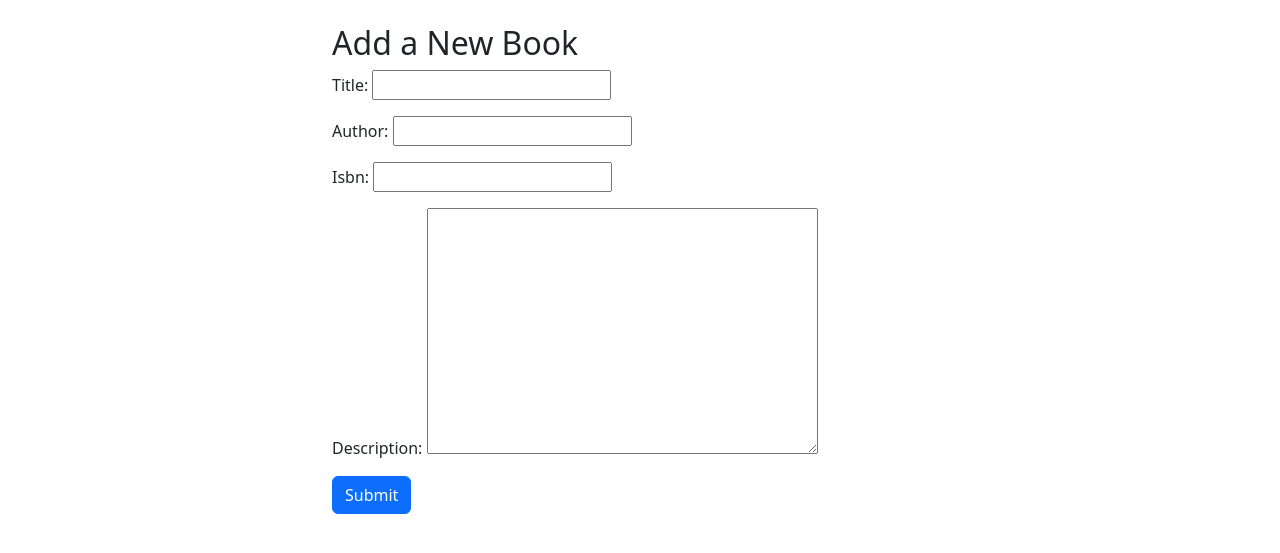
Repository: Mbote-Joseph/Django-Recap
Page: http://localhost/books/bookform
The author's editor kept a copy of each file at every save. The page is drawn from the files as they stood at one save, then again after the next save.
The browser window is 1280 px wide. The pictures show the whole page.
Some web libraries are served in a nearby version. The page is served by the project's application, run on Django 5.2 (manage.py).

Above is the page before, as saved 2025-12-13 23:04:05.

After the next save:
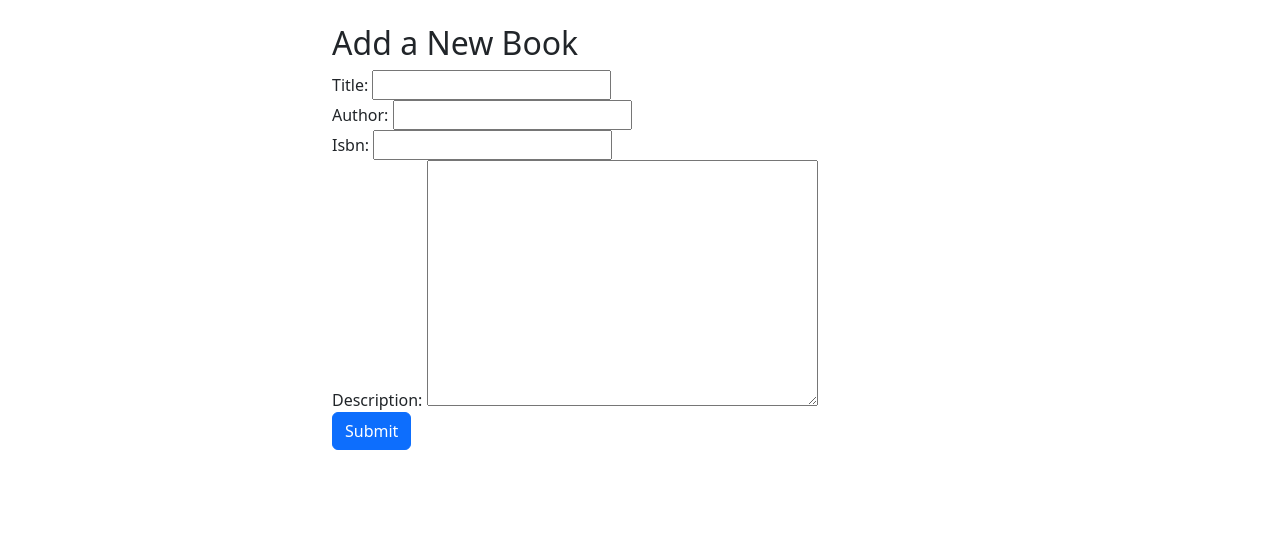
Saved 39 s later.
--- a/smartnotes/books/templates/books/form.html
+++ b/smartnotes/books/templates/books/form.html
@@ -5,7 +5,7 @@
         <h2>Add a New Book</h2>
         <form action="{% url 'book.create' %}"  method="post" >
             {% csrf_token %}
-            {{ form.as_p }}
+            {{ form  }}
             <button type="submit" class="btn btn-primary">Submit</button>
         </form>
     </div>

After the save that followed:
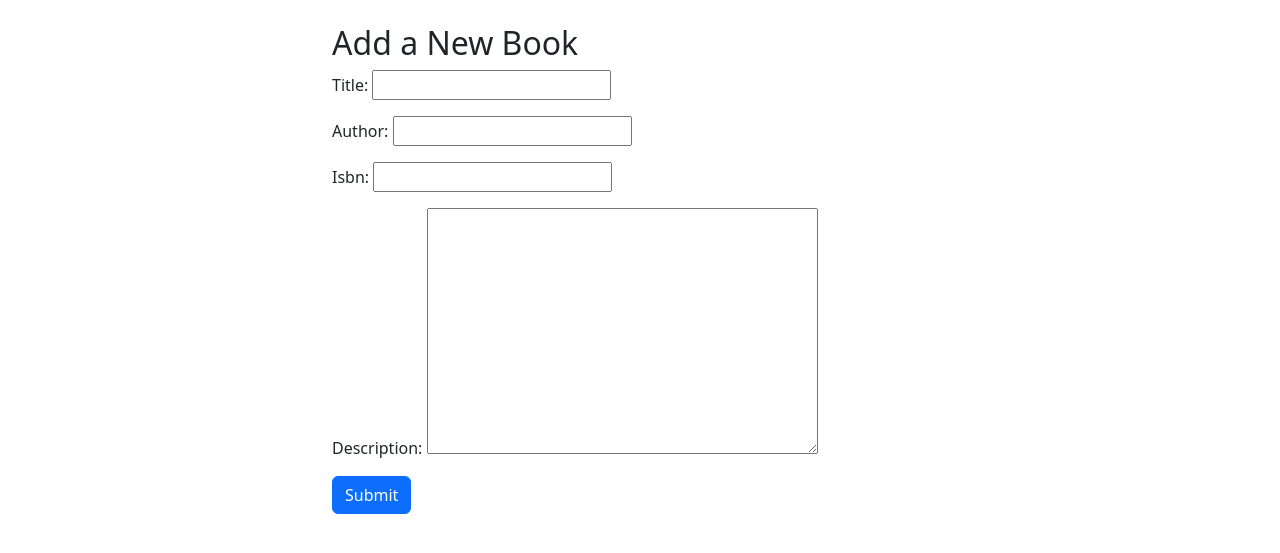
Saved 38 s later.
--- a/smartnotes/books/templates/books/form.html
+++ b/smartnotes/books/templates/books/form.html
@@ -5,7 +5,7 @@
         <h2>Add a New Book</h2>
         <form action="{% url 'book.create' %}"  method="post" >
             {% csrf_token %}
-            {{ form  }}
+            {{ form.as_p }}
             <button type="submit" class="btn btn-primary">Submit</button>
         </form>
     </div>
